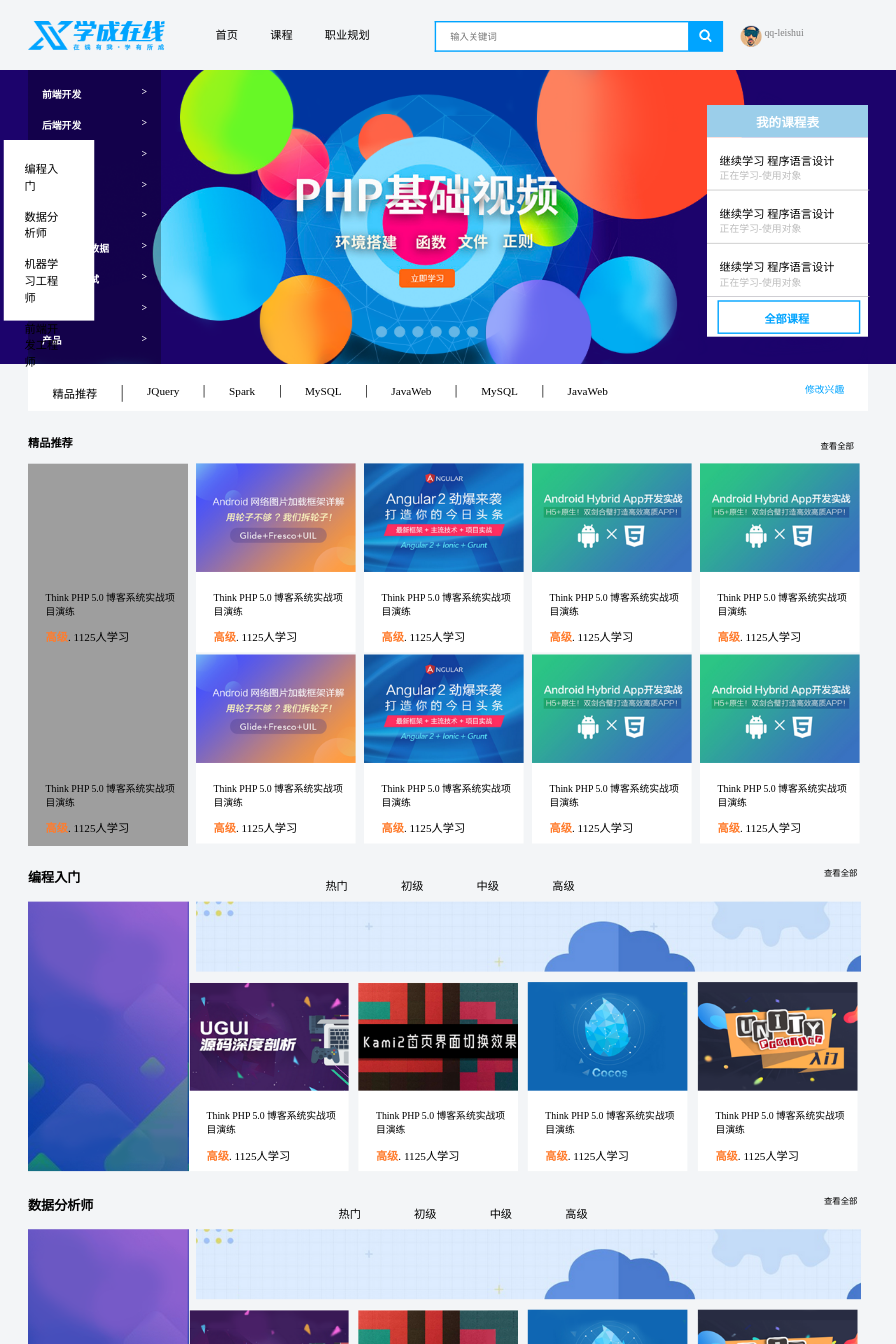
Repository: try-18/web-page-1
Page: index.html
An editor plug-in stored every save of this project. The page is shown before and after the next save, followed by the edit.
The browser window is 1280 px wide. The pictures show the part of the page from y = 0 to 1920 px (the page is 3340 px tall), at 70% of full size.
Pictures or frames that could not be fetched are drawn as grey boxes.

Above is the page before, as saved 2021-11-02 12:42:13.

After the next save:
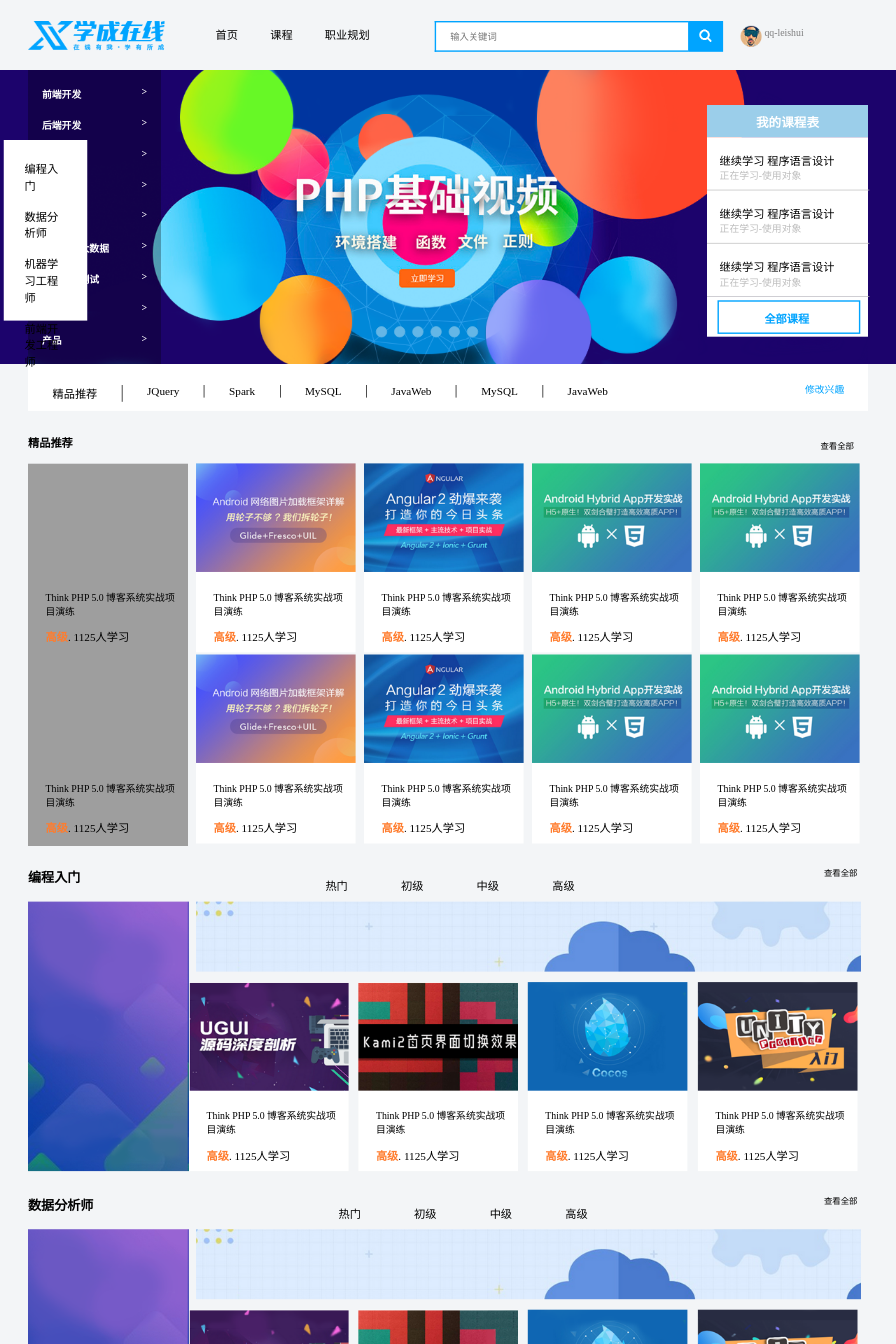
Saved 14 s later.
--- a/index.css
+++ b/index.css
@@ -606,7 +606,7 @@
     width: 60px;
     height: 230px;
     position: fixed;
-    padding: 28px 40px 0 30px;
+    padding: 28px 30px 0 30px;
     top: 200px;
     left: 5px;
     background-color: #fff;
